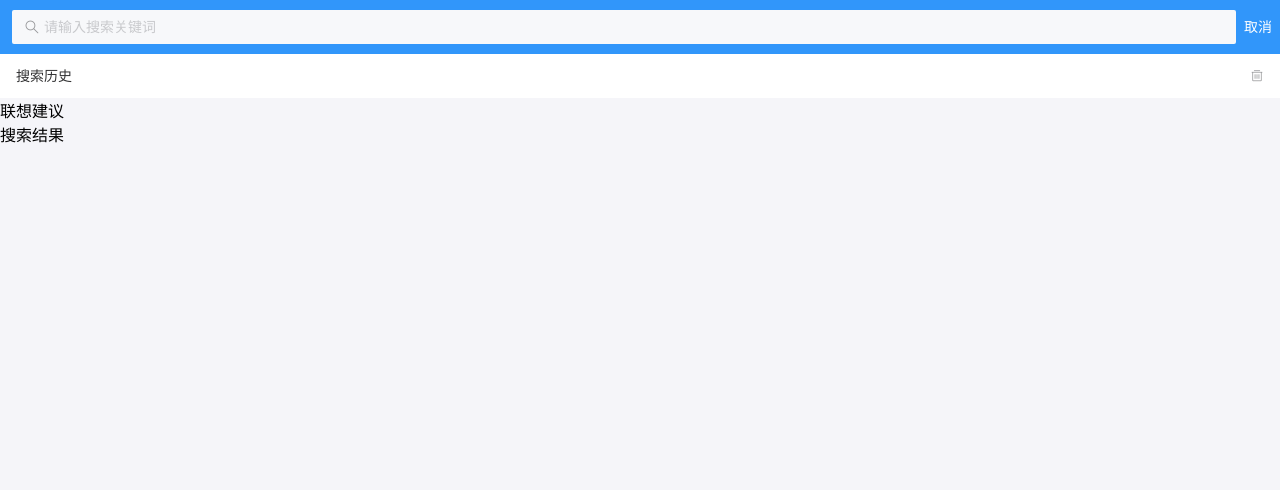
Repository: xn-lb/toutiao-mb
Page: /#/search
These files come from the project's save history. The page is drawn as it stood at one moment and after the next save; the edit follows.
The browser window is 1280 px wide. The pictures show the whole page.
The project was rebuilt for these pictures with package versions that can differ from the ones it lists, and the page was loaded fresh each time. Also part of the build but not shown: vue.config.js.

Above is the page before, as saved 2023-04-17 21:49:21.

After the next save:
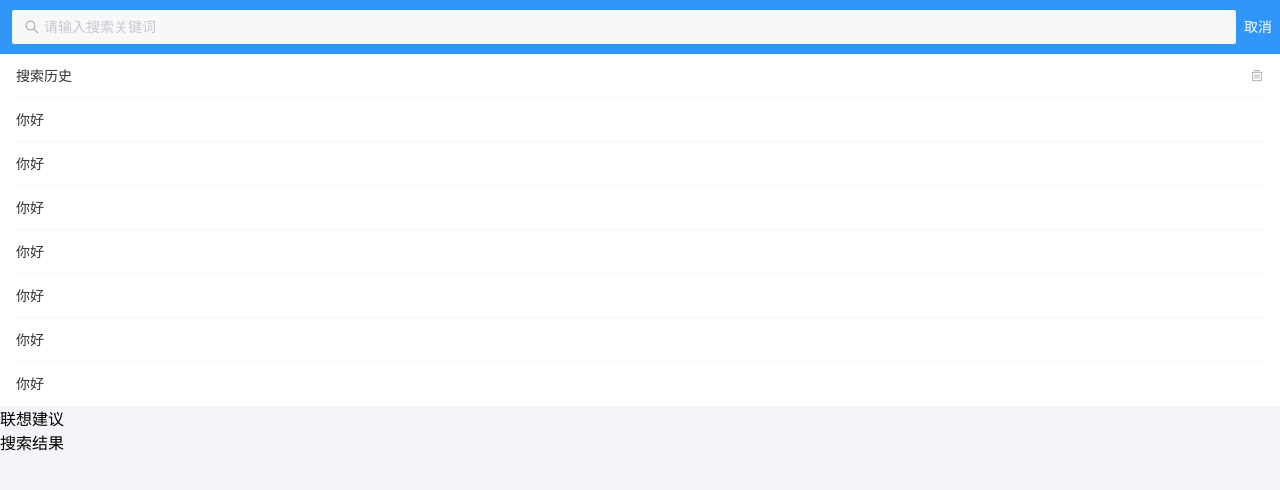
Saved 75 s later.
--- a/src/views/search/components/search-history.vue
+++ b/src/views/search/components/search-history.vue
@@ -3,6 +3,13 @@
     <van-cell title="搜索历史">
       <van-icon name="delete-o" />
     </van-cell>
+    <van-cell title="你好"></van-cell>
+    <van-cell title="你好"></van-cell>
+    <van-cell title="你好"></van-cell>
+    <van-cell title="你好"></van-cell>
+    <van-cell title="你好"></van-cell>
+    <van-cell title="你好"></van-cell>
+    <van-cell title="你好"></van-cell>
   </div>
 </template>
 
